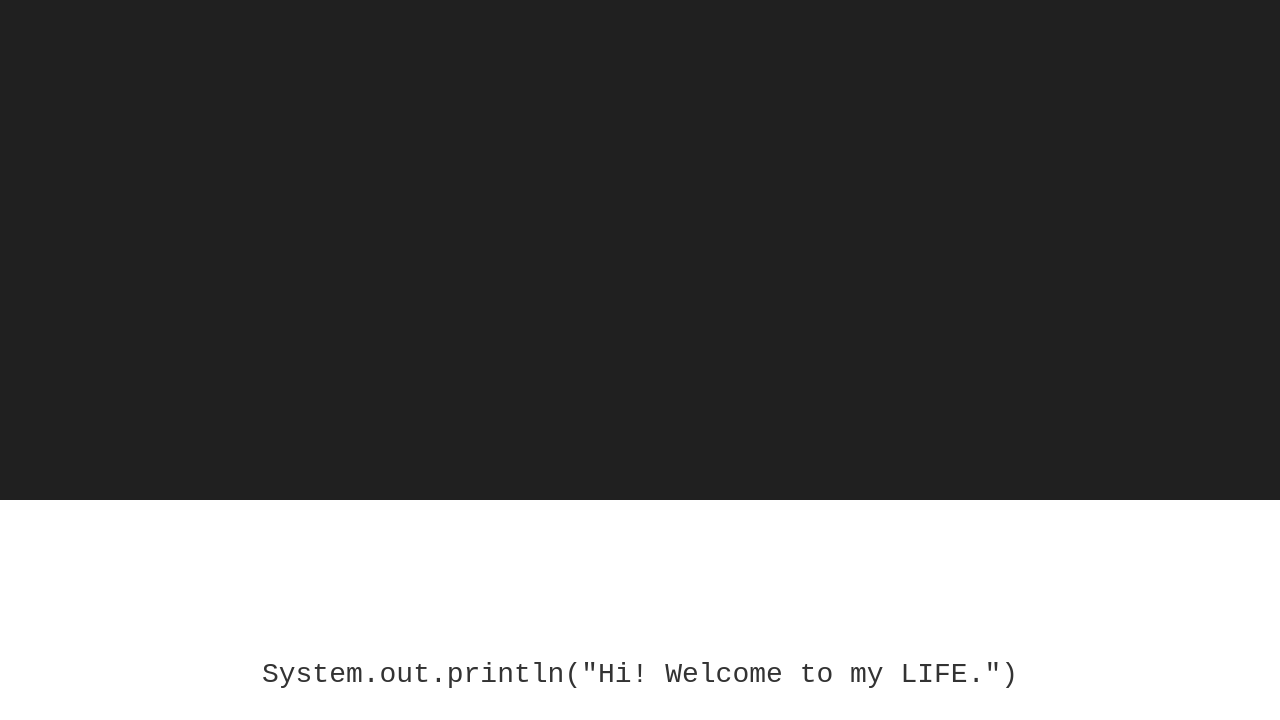
Repository: janry-gracia/Divinagracia_FinalProject
Page: Pages/storyofmylife.html
An editor plug-in stored every save of this project. The page is shown before and after the next save, followed by the edit.
The browser window is 1280 px wide. The pictures show the whole page.

Above is the page before, as saved 2021-05-17 23:22:38.
Console error: TypeError: Cannot read properties of null (reading 'addEventListener')

After the next save:
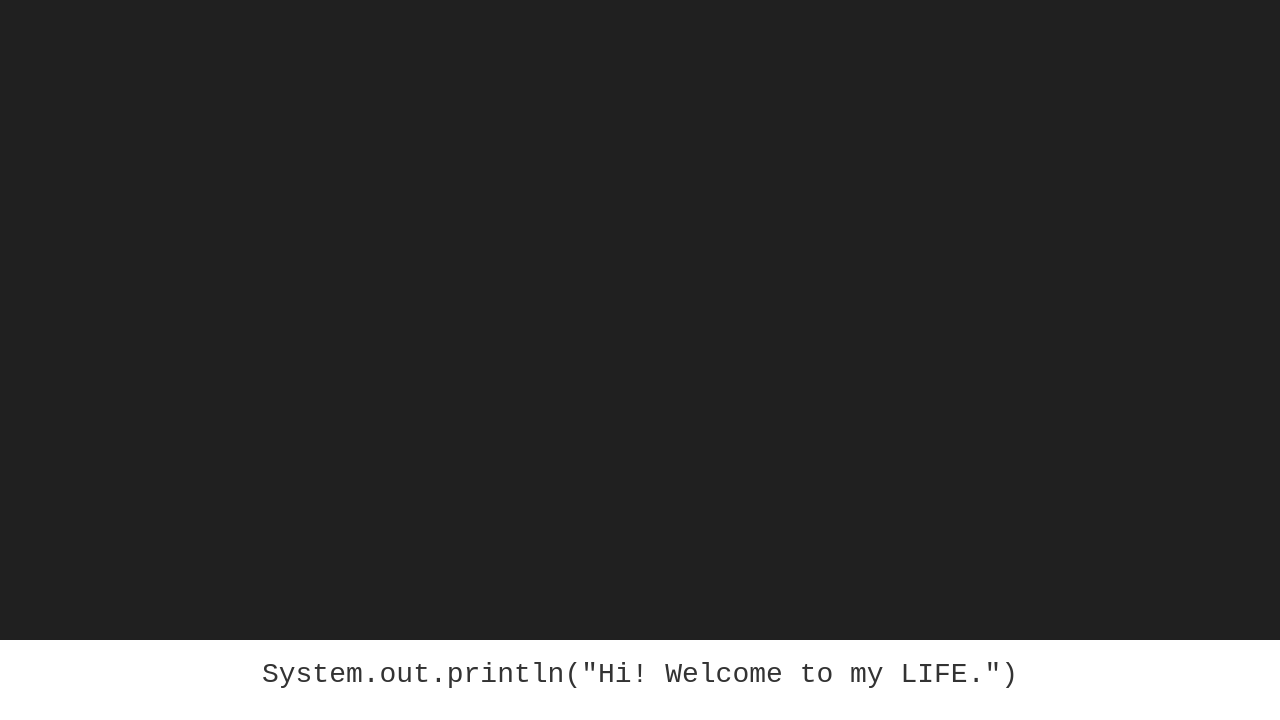
Saved 19 s later.
--- a/css/storyofmylife.css
+++ b/css/storyofmylife.css
@@ -23,11 +23,11 @@
     height: 500px;
     background-color: rgb(32, 32, 32);
     text-align: center;
+    padding-top: 50%;
 
 }
 
 h1.message{
-    padding-top: 50%;
     font-family: 'Fire Code', monospace;
     font-size: 2em;
     font-weight: 200;

After the save that followed:
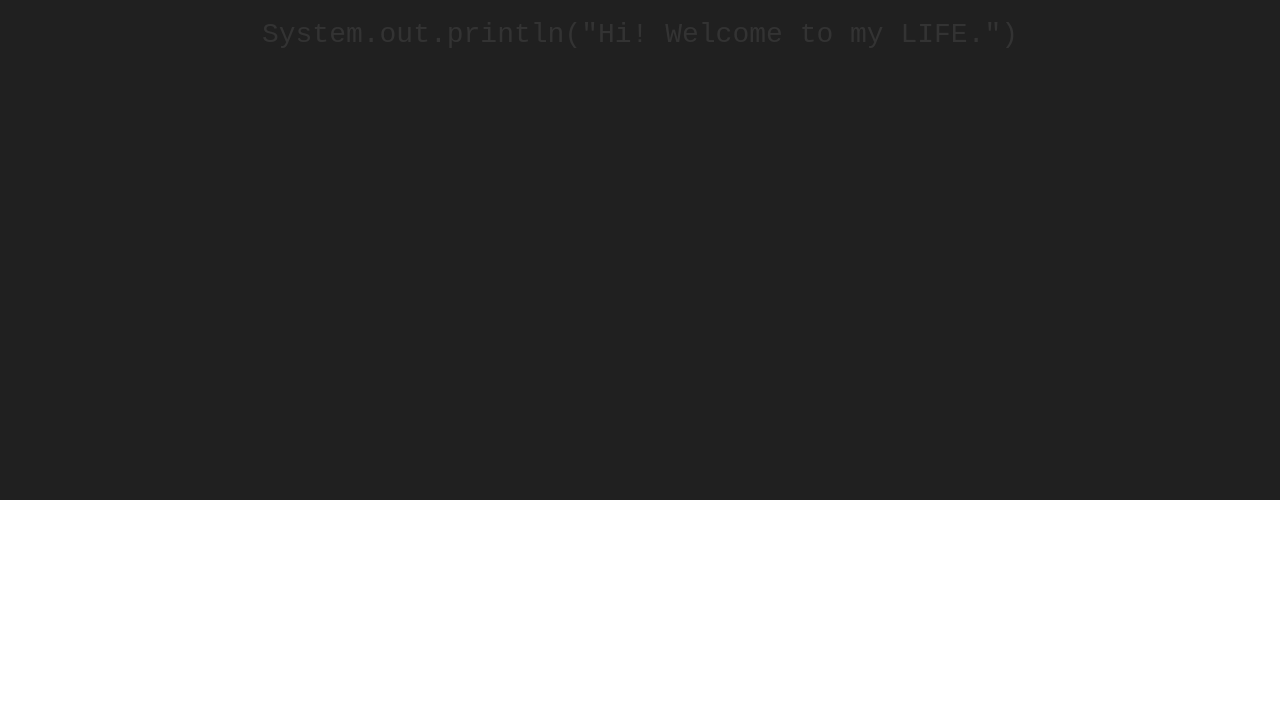
Saved 5 s later.
--- a/css/storyofmylife.css
+++ b/css/storyofmylife.css
@@ -23,7 +23,6 @@
     height: 500px;
     background-color: rgb(32, 32, 32);
     text-align: center;
-    padding-top: 50%;
 
 }
 
